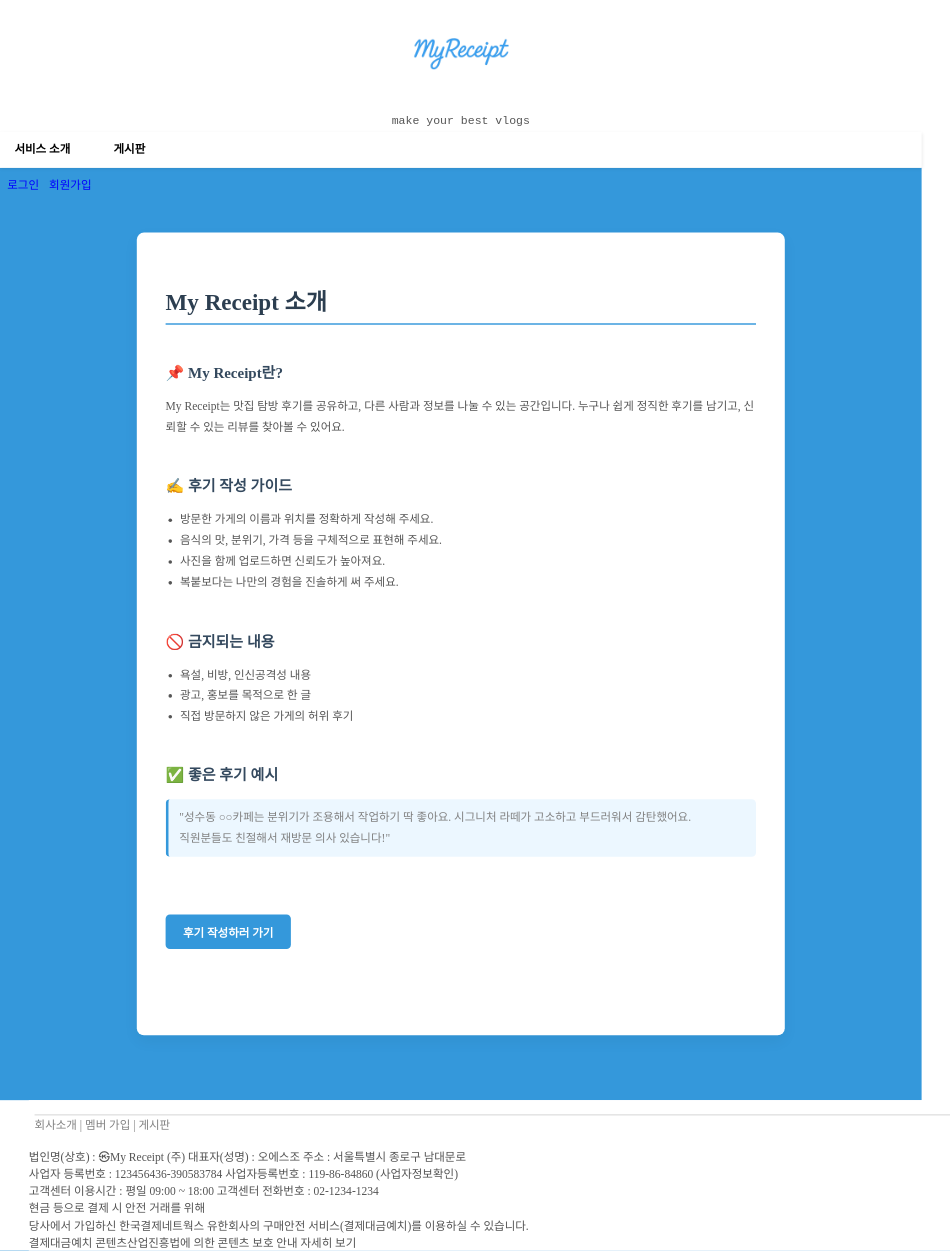
Repository: shong69/mini-project
Page: http://localhost/myReceipt2/intro
These files come from the project's save history. The page is drawn as it stood at one moment and after the next save; the edit follows.
The browser window is 1280 px wide. The page is 1320 px wide, so the pictures cover 1320 px, including what lies to the right of the window. The pictures show the whole page, at 72% of full size.
Some web fonts or font styles are not loaded; a fallback is used. The page is served by Tomcat 10.

Above is the page before, as saved 2025-05-06 19:39:23.

After the next save:
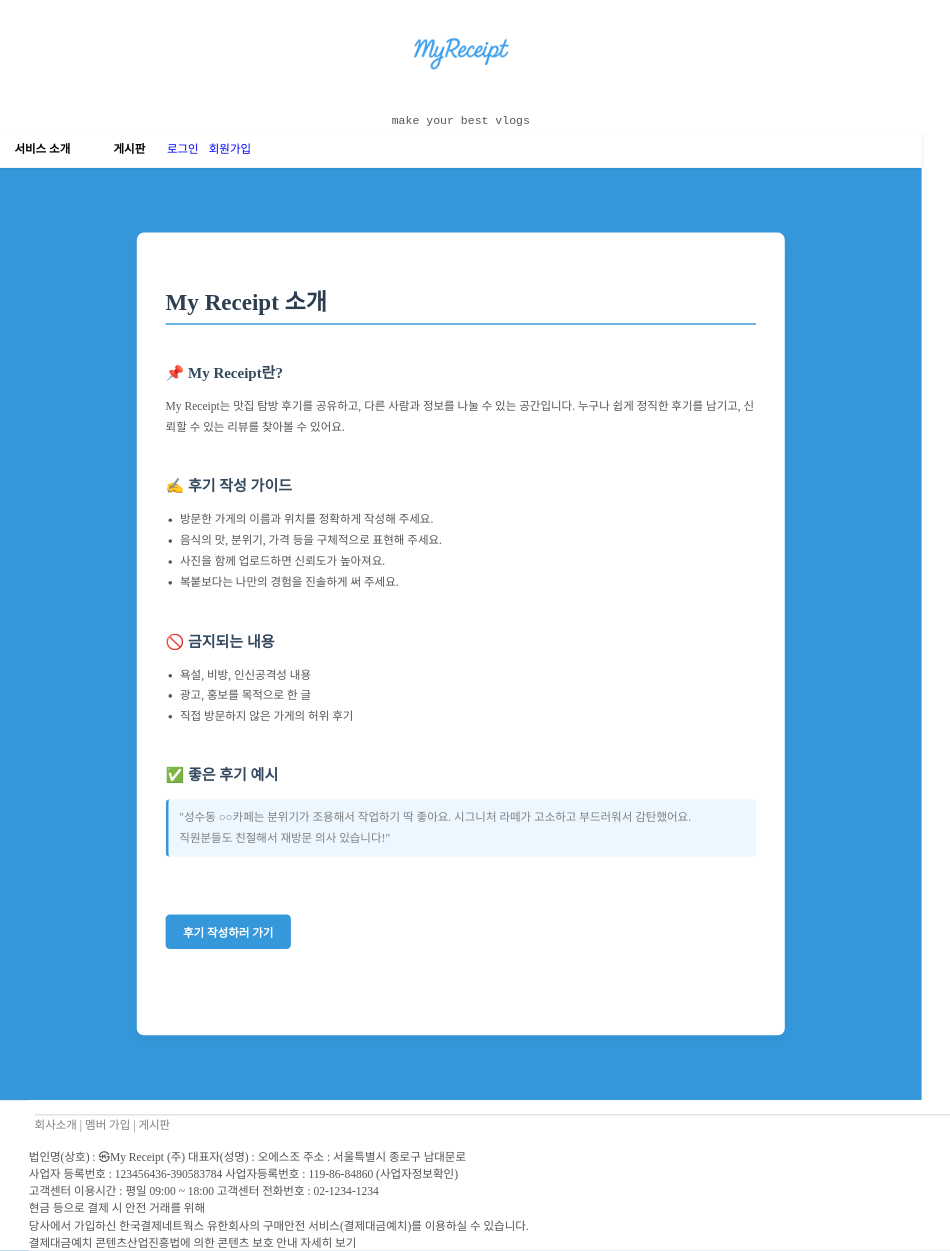
Saved 37 s later.
--- a/jspProject/myReceipt2/src/main/webapp/resources/css/main.css
+++ b/jspProject/myReceipt2/src/main/webapp/resources/css/main.css
@@ -33,6 +33,8 @@
 	background-color: white;
 	z-index: 1000;
 	box-shadow: 0 2px 5px rgba(0, 0, 0, 0.1);
+	display:flex;
+	flex-direction:row;
 }
 
 #loginSt {
